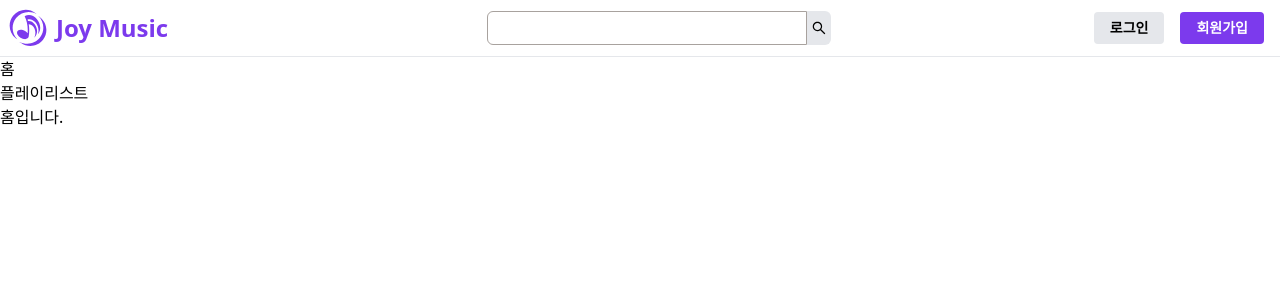
Repository: momo0170/joy-music
Page: /
These files come from the project's save history. The page is drawn as it stood at one moment and after the next save; the edit follows.
The browser window is 1280 px wide. The pictures show the whole page.
The project was rebuilt for these pictures with package versions that can differ from the ones it lists, and the page was loaded fresh each time. Also part of the build but not shown: src/App.css, src/router/Playlist.jsx.

Above is the page before, as saved 2023-09-25 14:27:16.

After the next save:
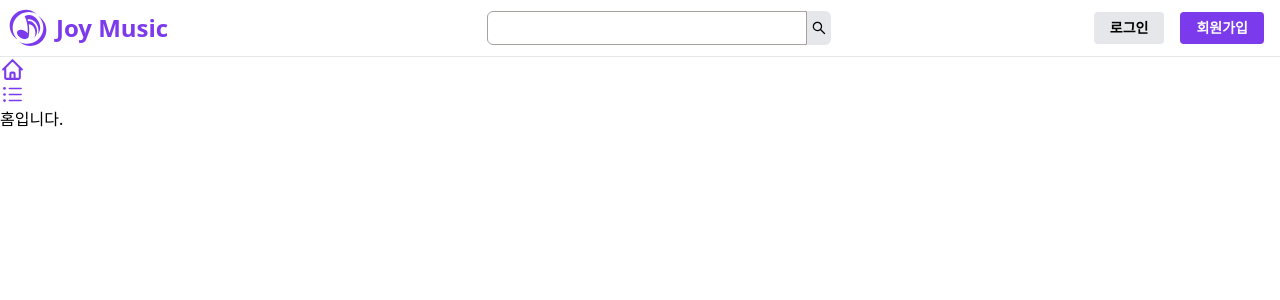
Saved 7 min 7 s later.
--- a/src/components/Menubutton.jsx
+++ b/src/components/Menubutton.jsx
@@ -1,10 +1,20 @@
 import React from 'react';
 import { Link } from 'react-router-dom';
+import { HiHome, HiOutlineHome } from 'react-icons/hi';
+import { IoIosListBox, IoIosList } from 'react-icons/io';
 
+const SIZE = '25';
+const COLOR = '#7C3AED';
 export default function MenuButton({ text, path }) {
   return (
     <div>
-      <Link to={path}>{text}</Link>
+      <Link to={path}>
+        {text === '홈' ? (
+          <HiOutlineHome size={SIZE} color={COLOR} />
+        ) : (
+          <IoIosList size={SIZE} color={COLOR} />
+        )}
+      </Link>
     </div>
   );
 }
